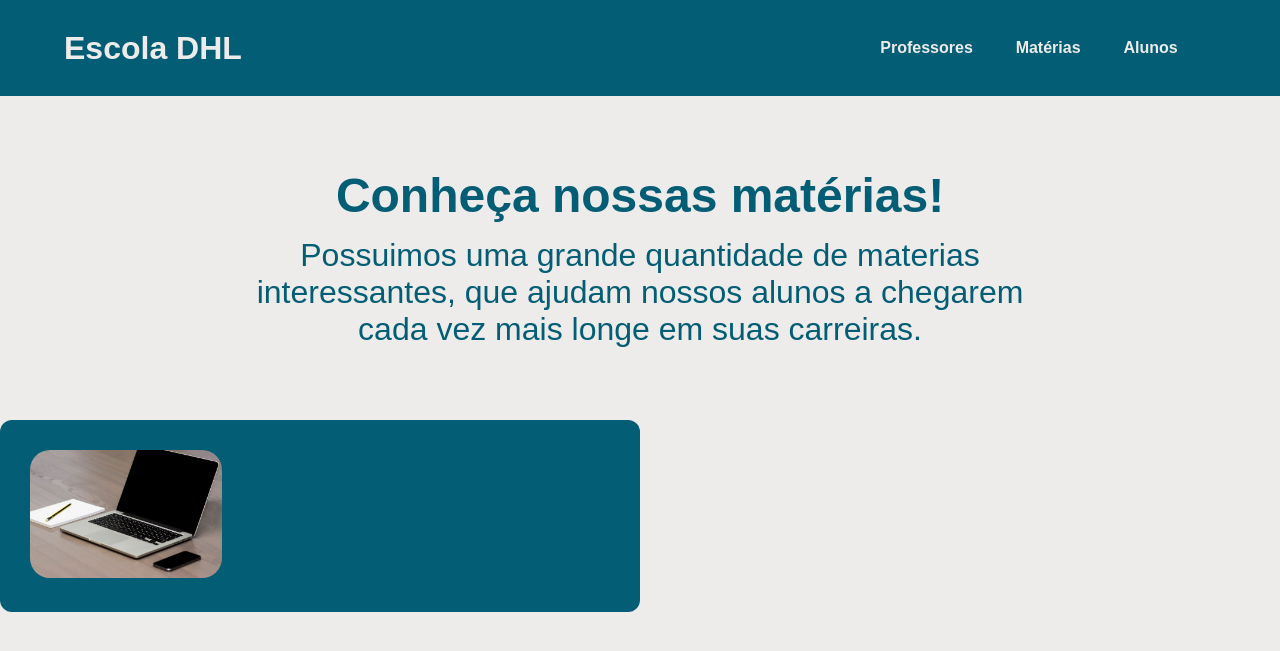
Repository: SirHick/sa-sistema-escola-DHL
Page: front/materias.html
The author's editor kept a copy of each file at every save. The page is drawn from the files as they stood at one save, then again after the next save.
The browser window is 1280 px wide. The pictures show the whole page.

Above is the page before, as saved 2026-07-17 16:31:31.

After the next save:
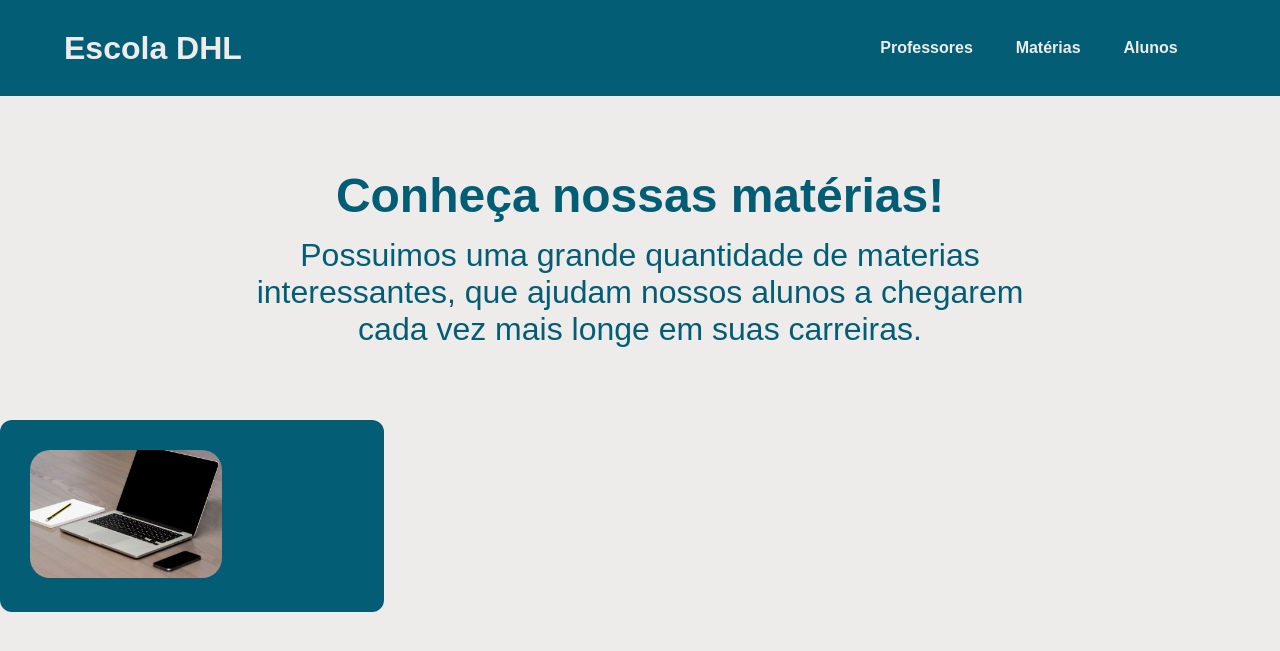
Saved 12 s later.
--- a/front/style.css
+++ b/front/style.css
@@ -86,7 +86,7 @@ header nav a{
     margin-top: 10vh;
     border-radius:12px;
     padding: 30px;
-    max-width: 50vw;
+    max-width: 30vw;
 }
 
 .image img{
